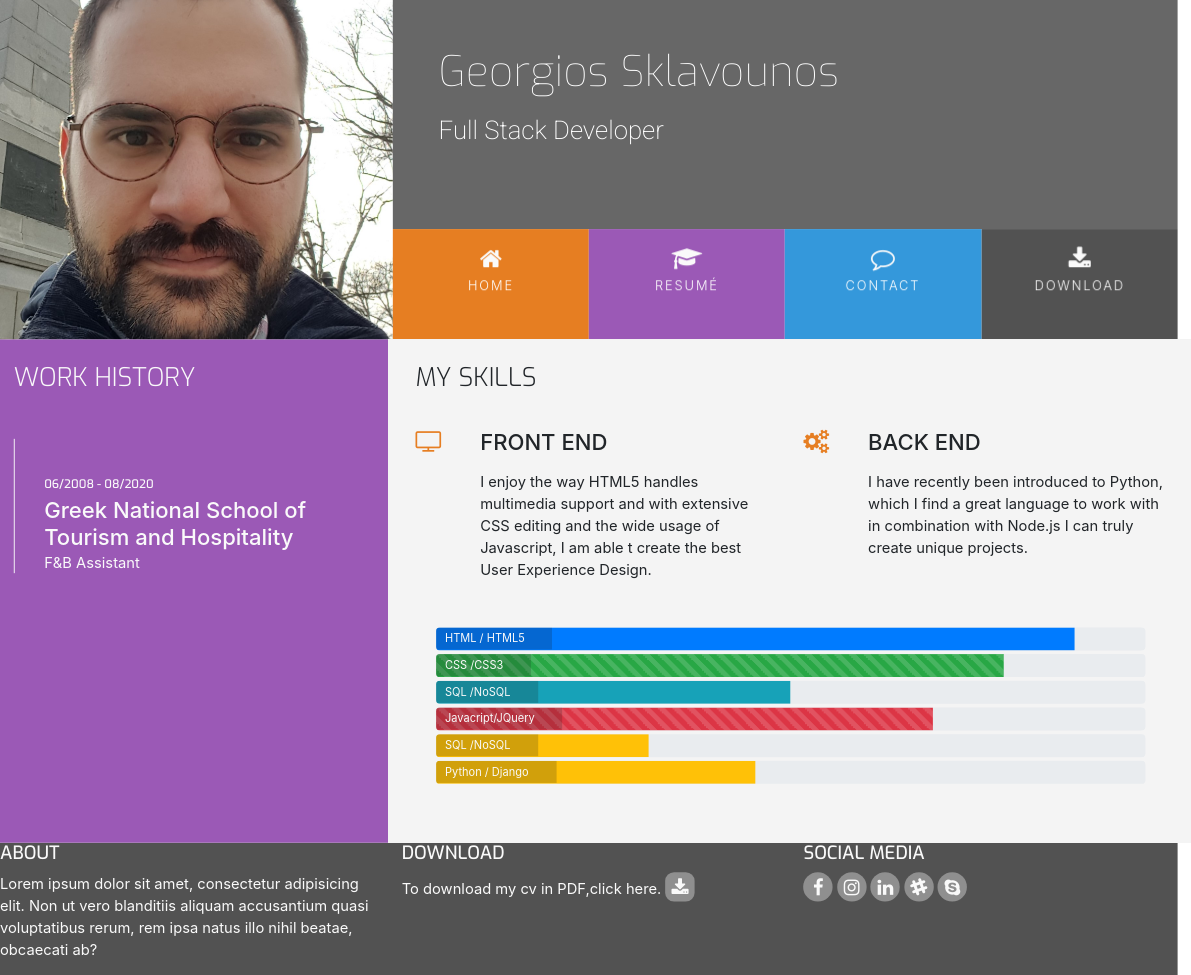
Repository: GeorgiosSklav/MyResume
Page: resume.html
The author's editor kept a record of every edit. The page is drawn from the files as they stood at one moment, then again after the next edit.
The browser window is 1280 px wide. The page is 1295 px wide, so the pictures cover 1295 px, including what lies to the right of the window. The pictures show the whole page, at 92% of full size.

Above is the page before.

### resume.html
<!DOCTYPE html>
<html lang="en">

<head>
    <meta charset="UTF-8">
    <meta name="viewport" content="width=device-width, initial-scale=1.0">
    <meta http-equiv="X-UA-Compatible" content="ie=edge">
    <link rel="stylesheet" href="https://stackpath.bootstrapcdn.com/bootstrap/4.3.1/css/bootstrap.min.css" type="text/css" />
    <link rel="stylesheet" href="https://stackpath.bootstrapcdn.com/font-awesome/4.7.0/css/font-awesome.min.css" type="text/css" />
    <link rel="stylesheet" href="assets/css/style.css" type="text/css" />
    <link rel="stylesheet" href="https://cdnjs.cloudflare.com/ajax/libs/hover.css/2.3.1/css/hover-min.css" type="text/css" />
    <title>Georgios Sklavounos resume</title>
</head>

<body>
    <header>
        <div class="row no-gutters">
            <a href="index.html" class="col-md-4 logo">

            </a>
            <div class="col-md-8">
                <div class="row no-gutters bg-color-name-title">
                    <div class="col heading">
                        <h1 class="name">Georgios Sklavounos</h1>
                        <h2 class="title">Full Stack Developer</h2>
                    </div>
                </div>
                <div class="row no-gutters">
                    <div class="col">
                        <ul id="nav" class="list-inline menucontainer">
                            <li class="col-6 col-sm-3 color-home list-inline-item menu-item">
                                <a href="#" class="hvr-sweep-to-right"><i class="fa fa-home" aria-hidden="true"></i><span>Home</span></a>
                            </li>
                            <li class="col-6 col-sm-3 color-resume list-inline-item menu-item">
                                <a href="#" class="hvr-sweep-to-left"><i class="fa fa-graduation-cap" aria-hidden="true"></i><span>Resumé</span></a>
                            </li>
                            <li class="col-6 col-sm-3 color-contact list-inline-item menu-item">
                                <a href="#" class="hvr-sweep-to-right"><i class="fa fa-comment-o" aria-hidden="true"></i><span>Contact</span></a>
                            </li>
                            <li class="col-6 col-sm-3 color-download list-inline-item menu-item">
                                <a href="#" class="hvr-sweep-to-left"><i class="fa fa-download" aria-hidden="true"></i><span>Download</span></a>
                            </li>
                        </ul>
                    </div>
                </div>
            </div>
    </header>
    <setion class="container-fluid">
        <div class="row">
            <div class="col-md-4 bg-color-work-history section-column">
                <div class="row">
                    <div class="col-12">
                        <h3 class="history-heading uppercase">Work History</h3>
                    </div>
                </div>
                <div class="timeline-item" data-dates="06/2008 - 08/2020">
                    <h4>Greek National School of Tourism and Hospitality</h4>
                    <p>F&B Assistant</p>
                </div>
            </div>
            <div class="col-md-8 bg-color-three-reasons section-column">
                <div class="row">
                    <div class="col">
                        <h3 class="section-heading uppercase">My Skills</h3>
                    </div>
                </div>
                <div class="row">
                    <div class="col-10 offset-1 offset-sm-0 col-sm-4 col-md-6">
                        <div class="row">
                            <div class="col-2">
                                <i class="three-reasons-icon fa fa-tv" aria-hidden="true"></i>
                            </div>
                            <div class="col-10">
                                <h4 class="three-reason-heading uppercase">Front End</h4>
                                <p>I enjoy the way HTML5 handles multimedia support and with extensive CSS editing and the wide usage of Javascript, I am able t create the best User Experience Design.</p>
                            </div>
                        </div>
                    </div>
                    <div class="col-10 offset-1 offset-sm-0 col-sm-4 col-md-6">
                        <div class="row">
                            <div class="col-2">
                                <i class="three-reasons-icon fa fa-gears" aria-hidden="true"></i>
                            </div>
                            <div class="col-10">
                                <h4 class="three-reason-heading uppercase">Back End</h4>
                                <p>I have recently been introduced to Python, which I find a great language to work with in combination with Node.js I can truly create unique projects.</p>
                            </div>
                        </div>
                    </div>
                </div>
                <div class="row progress-section">
                    <div class="col">
                        <div class="progress">
                            <div class="progress-bar" role="progressbar" aria-valuenow="90" aria-valuemin="0" aria-valuemax="100" style="width:90%;">
                                <span class="sr-only">90% complete</span>
                            </div>
                            <span class="progress-type">HTML / HTML5</span>
                        </div>
                        <div class="progress">
                            <div class="progress-bar progress-bar-striped bg-success" role="progressbar" aria-valuenow="80" aria-valuemin="0" aria-valuemax="100" style="width:80%;">
                                <span class="sr-only">80% complete</span>
                            </div>
                            <span class="progress-type">CSS /CSS3</span>
                        </div>
                        <div class="progress">
                            <div class="progress-bar bg-info" role="progressbar" style="width: 50%" aria-valuenow="50" aria-valuemin="0" aria-valuemax="100">
                                <span class="sr-only">50% complete</span>
                            </div>
                            <span class="progress-type">SQL /NoSQL</span>
                        </div>
                        <div class="progress">
                            <div class="progress-bar progress-bar-striped bg-danger" role="progressbar" aria-valuenow="70" aria-valuemin="0" aria-valuemax="100" style="width:70%;">
                                <span class="sr-only">70% complete</span>
                            </div>
                            <span class="progress-type">Javacript/JQuery</span>
                        </div>
                        <div class="progress">
                            <div class="progress-bar bg-info bg-warning" role="progressbar" style="width: 30%" aria-valuenow="30" aria-valuemin="0" aria-valuemax="100">
                                <span class="sr-only">30% complete</span>
                            </div>
                            <span class="progress-type">SQL /NoSQL</span>
                        </div>
                        <div class="progress">
                            <div class="progress-bar bg-info bg-warning" role="progressbar" style="width: 45%" aria-valuenow="45" aria-valuemin="0" aria-valuemax="100">
                                <span class="sr-only">45% complete</span>
                            </div>
                            <span class="progress-type">Python / Django</span>
                        </div>
                    </div>
                </div>
            </div>
        </div>
    </setion>
    <footer class="container-fluid ">
        <div class="row " id="footer-details ">
            <div class="col-sm-4 ">
                <h5 class="uppercase general-sub ">About</h5>
                <p class="inline-block ">
                    Lorem ipsum dolor sit amet, consectetur adipisicing elit. Non ut vero blanditiis aliquam accusantium quasi voluptatibus rerum, rem ipsa natus illo nihil beatae, obcaecati ab?
                </p>
            </div>
            <div class="col-sm-4 ">
                <h5 class="uppercase general-sub ">Download</h5>
                <p class="inline-block ">
                    To download my cv in PDF,click here.
                    <a href="# " target="_blank " class="cv-pdf ">
                        <i class="fa fa-download " aria-hidden="true "></i>
                        <span class="sr-only ">Download icon.</span>
                    </a>
                </p>
            </div>
            <div class="col-sm-4 ">
                <h5 class="uppercase general-sub ">Social Media</h5>
                <ul class="list-inline social-links ">
                    <li class="list-inline-item ">
                        <a target="_blank " href="# ">
                            <i class="fa fa-facebook "></i>
                            <span class="sr-only ">Facebook</span>
                        </a>
                    </li>
                    <li class="list-inline-item ">
                        <a target="_blank " href="# ">
                            <i class="fa fa-instagram "></i>
                            <span class="sr-only ">Instagram</span>
                        </a>
                    </li>
                    <li class="list-inline-item ">
                        <a target="_blank " href="# ">
                            <i class="fa fa-linkedin "></i>
                            <span class="sr-only ">Linked-In</span>
                        </a>
                    </li>
                    <li class="list-inline-item ">
                        <a target="_blank " href="# ">
                            <i class="fa fa-slack "></i>
                            <span class="sr-only ">Slack</span>
                        </a>
                    </li>
                    <li class="list-inline-item ">
                        <a target="_blank " href="# ">
                            <i class="fa fa-skype "></i>
                            <span class="sr-only ">Skype</span>
                        </a>
                    </li>
                </ul>
            </div>
        </div>
    </footer>
</body>

</html>

### assets/css/style.css
@import url('https://fonts.googleapis.com/css?family=Roboto:100,200,300,400,500,600,700|Exo:100,200,300,400,500,600,700');



/*-------------------------colours*/

.bg-color-name-title {
    background-color: #676767;
}

.color-home {
    background-color: #e67e22;
}

.color-resume {
    background-color: #9b59b6;
}

.color-contact {
    background-color: #3498db;
}

.color-download {
    background-color: #525252;
}

.bg-color-three-reasons {
    background-color: #f4f4f4;
}

.bg-color-personal-info {
    background-color: #f4f4f4;
}
.bg-color-work-history {
    background-color: #9b59b6;
}



/*---------------------------------Paddings,texts,etc*/

h1,
h2,
h3,
h4 {
    margin: 0;
}

.uppercase {
    text-transform: uppercase;
}

.general-sub {
    font-family: "Exo", sans-serif;
    color: #fafafa;
}

.inline-block {
    display: inline-block;
}

.row-table {
    display: table;
}

.section-column {
    display: table-cell;
    padding: 0 30px 30px;
    float: none;
}
.history-heading,
.section-heading {
    font-family: "Exo", sans-serif;
    font-weight: 300;
    margin-top: 25px;
    margin-bottom: 40px;
}

/*----------------------Container-fluid*/

.container-fluid {
    width: 100%;
    padding: 0;
    padding-bottom: 0;
    margin-right: auto;
    margin-left: auto;
}

/*----------------------heading*/

header {
    margin: 0;
}

.heading {
    margin-left: 50px;
}

.logo {
    background: url("../images/pic2.jpg");
    background-position: center;
    background-repeat: no-repeat;
    background-size: cover;
    min-height: 360px;
    transition: all 0.5s ease-in-out;
    -moz-transition: all 0.5s ease-in-out;
    -webkit-transition: all 0.5s ease-in-out;

}

.name {
    font-family: "Exo", sans-serif;
    font-weight: 100;
    font-size: 46px;
    margin-top: 50px;
    color: #fff;
}

.title {
    font-family: "Roboto", sans-serif;
    font-weight: 200;
    font-size: 28px;
    margin-top: 20px;
    margin-bottom: 90px;
    color: #fff;
}

.list-inline-item:not(:last-child) {
    margin: 0;
}

.menucontainer {
    font-size: 0;
}

#nav {
    margin: 0;
}

#nav li {
    font-size: 14px;
    padding: 0;
}

.menu-item {
    height: 120px;
    text-align: center;
    padding: 0;
}

.menu-item a {
    width: 100%;
    text-decoration: none;
    color: #fff;
    height: 120px;
}

.menu-item a i {
    padding-top: 20px;
    display: block;
    color: #fafafa;
    font-size: 26px;
}

.menu-item span {
    display: block;
    width: 100%;
    padding-top: 5px;
    text-align: center;
    text-transform: uppercase;
    font-size: 14px;
    font-weight: 300;
    letter-spacing: 2px;
}

/*--------------------------hover style*/

.hvr-sweep-to-right:before {
    background: rgb(0, 0, 0);
    height: 120px;
}

.hvr-sweep-to-left:before {
    background: rgba(0, 0, 0, 0.2);
    height: 120px;
}

/*---------------------------------footer*/

footer {
    background-color: #525252;
    color: #fafafa;
    min-height: 120px;
    margin: 0;
}

.social-links i {
    width: 32px;
    height: 32px;
    padding: 12px 0;
    border-radius: 50%;
    font-size: 20px;
    line-height: 10px;
    text-align: center;
    color: #fafafa;
    background: #8f8f8f;
    transition: all 0.35s ease-in-out;
    -moz-transition: all 0.35s ease-in-out;
    -o-transition: all 0.35s ease-in-out;
    -webkit-transition: all 0.35s ease-in-out;

}

.cv-pdf i {
    /*font-size: 19px;
    text-align: center;
    color: #fafafa;
    padding-left: 5px;
    transition: all 0.35s ease-in-out;
    -moz-transition: all 0.35s ease-in-out;
    -o-transition: all 0.35s ease-in-out;
    -webkit-transition: all 0.35s ease-in-out;*/
    width: 32px;
    height: 32px;
    padding: 12px 0;
    border-radius: 30%;
    font-size: 20px;
    line-height: 10px;
    text-align: center;
    color: #fafafa;
    background: #8f8f8f;
    transition: all 0.35s ease-in-out;
    -moz-transition: all 0.35s ease-in-out;
    -o-transition: all 0.35s ease-in-out;
    -webkit-transition: all 0.35s ease-in-out;


}

.cv-pdf i:hover {
    color: #e84610;
}

.social-links i:hover {
    color: #8f8f8f;
    background: #e84610;
}

#footer-details {
    padding: 20px;
}

/*----------------------three-reasons*/

.three-reasons-icon {
    font-size: 26px;
    color: #e67e22;
}

.three-reason-heading {
    margin-bottom: 15px;
}

/*----------------------personal-info*/

.personal-info-item {
    margin-bottom: 20px;
    display: block;
    clear: both;
}

.personal-info-item .key,
.personal-info-item .value {
    padding-right: 8px;
    display: inline-block;
}

.personal-info-item .key p,
.personal-info-item .value p {
    margin: 0;
}

.personal-info-item .key {
    width: 30%;
    margin-right: 21px;
    padding-top: 2px;
    vertical-align: top;
}

.personal-info-item .key p {
    font-weight: 700;
}

.personal-info-item .value {
    width: 60%;
    position: relative;
}

/*----------------------skills*/

.progress {
    position: relative;
    height: 25px;
    margin-bottom: 4px;
}

.progress-type {
    position: absolute;
    left: 0;
    font-weight: 400;
    padding: 3px 30px 3px 10px;
    color: #fafafa;
    background-color: rgba(25, 25, 25, 0.2);
}
.progress-section{
    margin: 35px 5px 30px 7px;
}
/*----------------------history-heading*/

.history-heading {
    color: #fafafa;
    margin-bottom: 50px;
}
.timeline-item {
    padding: 4em 3em 0em 2em;
    position: relative;
    color: #fafafa;
    border-left: solid 1px;
}
.timeline-item p {
    padding: 0;
    margin: 0;
}
.timeline-item:before{
    content: attr(data-dates);
    position: absolute;
    left: 2.5em;
    top: 3em;
    display: block;
    font-family: "Exo", sans-serif;
    font-weight: 500;
    font-size: 0.8em;
    padding: 0;
    margin: 0;
}
.timeline-item:after {
    width: 12px;
    height: 12px;
    display: block;
    top: 2.4em;
    position: relative;
    left: -6px;
    background-color: #fafafa;
    border-radius: 50%;
}

After the next edit:
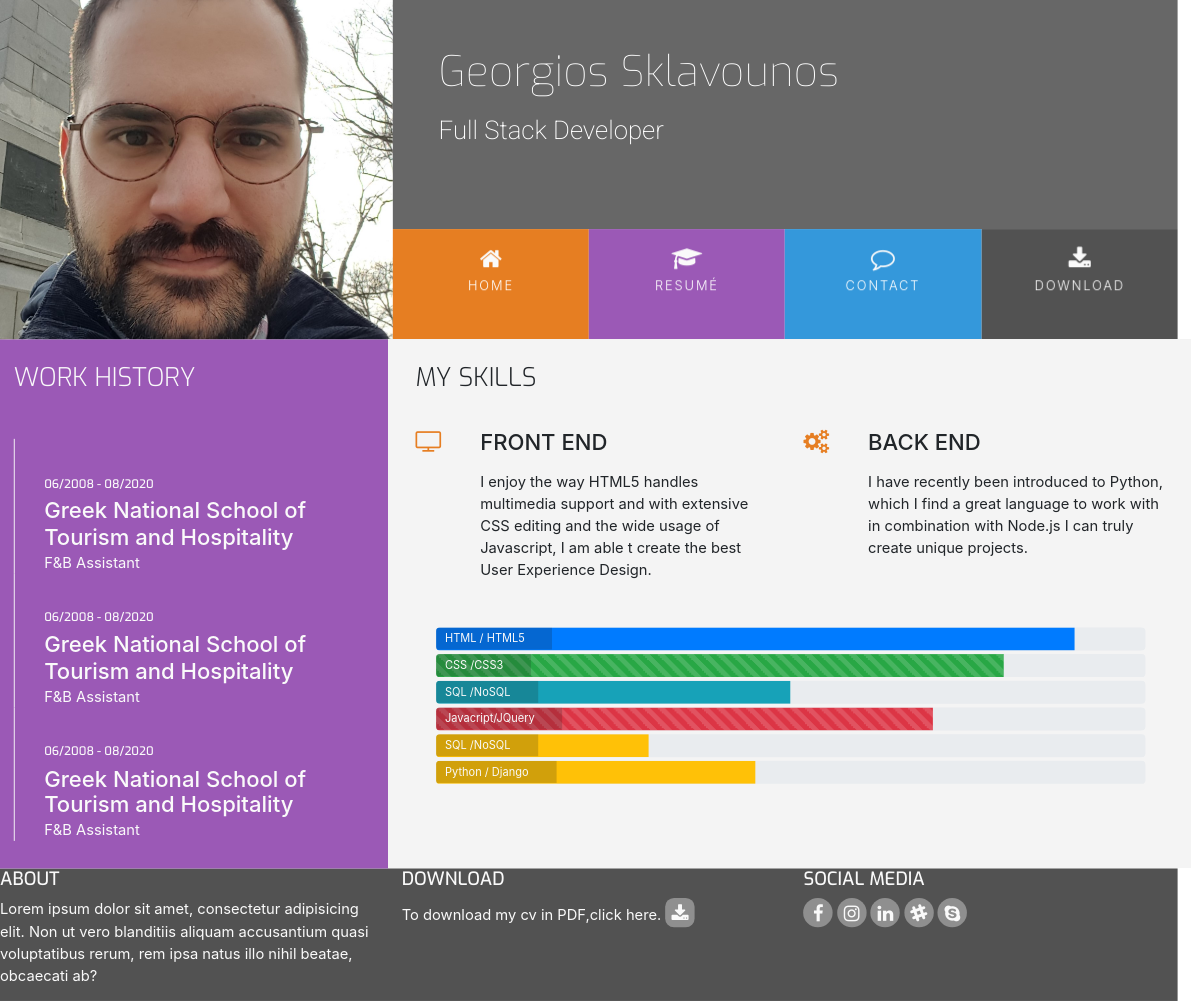
The edit:
--- a/resume.html
+++ b/resume.html
@@ -52,6 +52,14 @@
                     <div class="col-12">
                         <h3 class="history-heading uppercase">Work History</h3>
                     </div>
+                </div>
+                <div class="timeline-item" data-dates="06/2008 - 08/2020">
+                    <h4>Greek National School of Tourism and Hospitality</h4>
+                    <p>F&B Assistant</p>
+                </div>
+                                <div class="timeline-item" data-dates="06/2008 - 08/2020">
+                    <h4>Greek National School of Tourism and Hospitality</h4>
+                    <p>F&B Assistant</p>
                 </div>
                 <div class="timeline-item" data-dates="06/2008 - 08/2020">
                     <h4>Greek National School of Tourism and Hospitality</h4>
